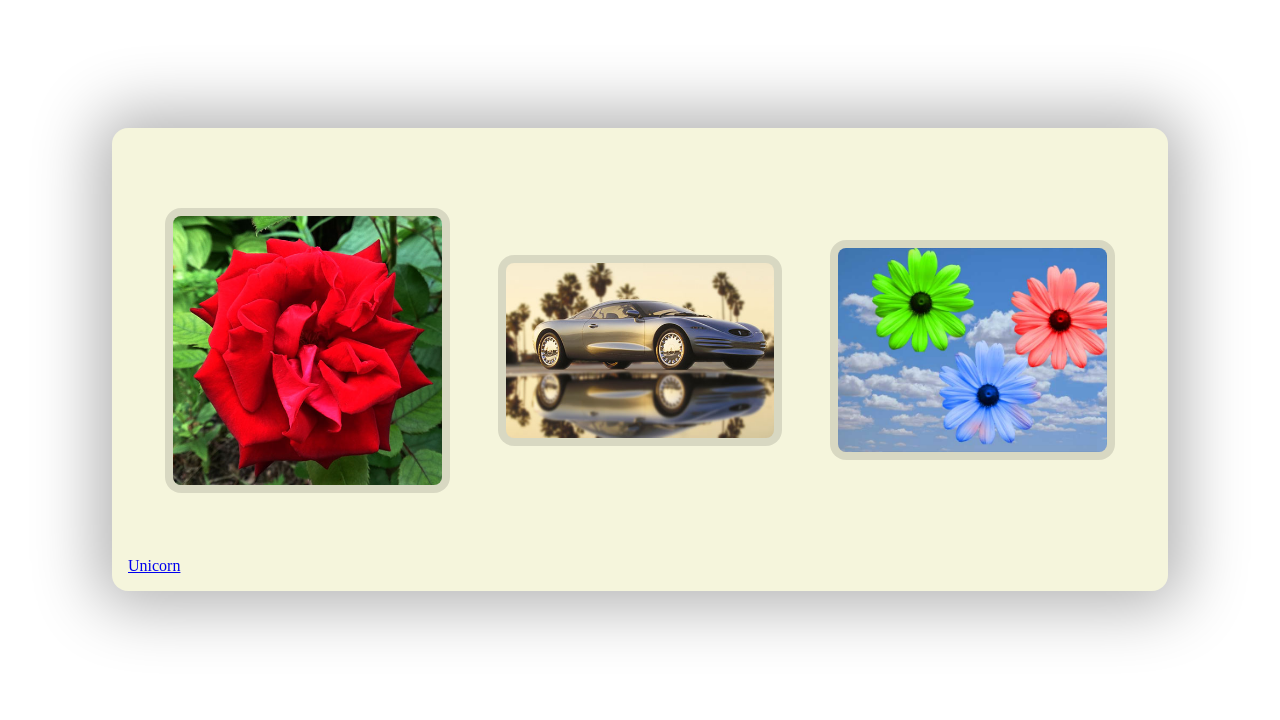
Repository: ViggoSkj/VGY
Page: ovningar/photoshopovning/photoshopovning.html
The author's editor kept a copy of each file at every save. The page is drawn from the files as they stood at one save, then again after the next save.
The browser window is 1280 px wide. The pictures show the whole page.

Above is the page before, as saved 2022-11-27 12:20:15.

After the next save:
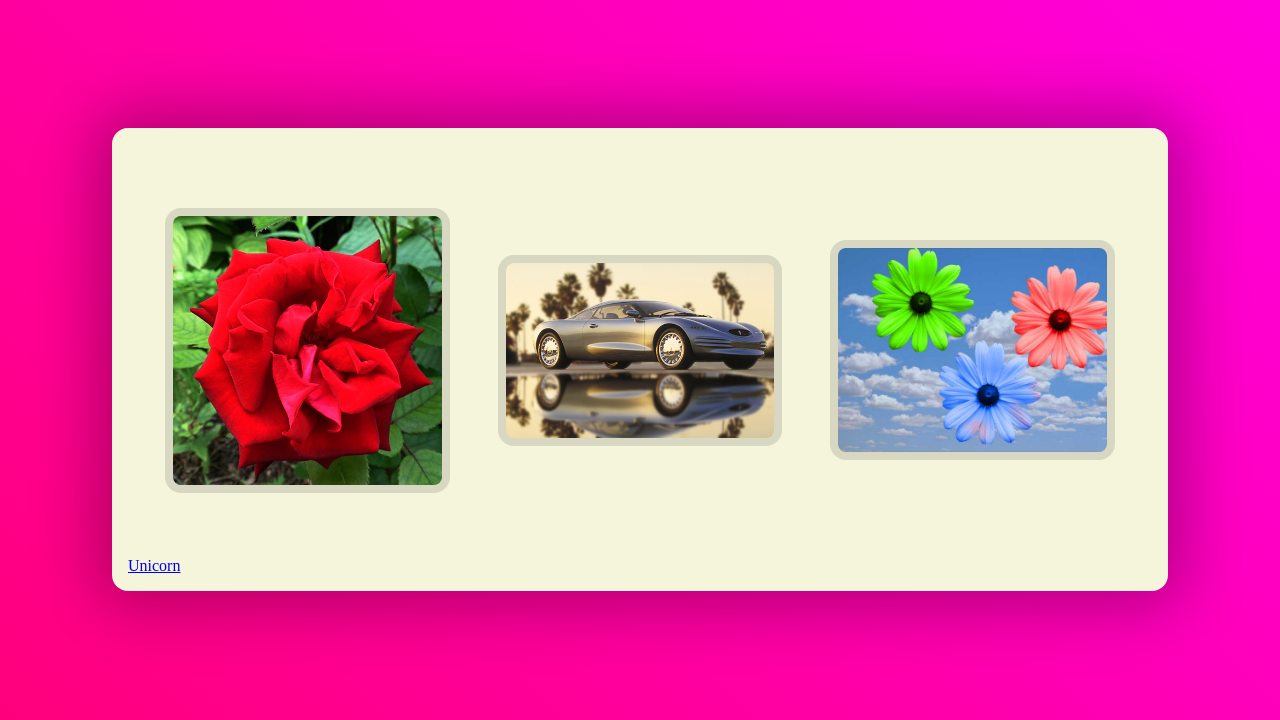
Saved 8 s later.
--- a/ovningar/photoshopovning/public/css/style.css
+++ b/ovningar/photoshopovning/public/css/style.css
@@ -13,7 +13,7 @@ body
 @keyframes rotating
 {
     from {background-position-x: 00%;}
-    to {background-position-x: 200%;}
+    to {background-position-x: 100%;}
 }
 
 .container
